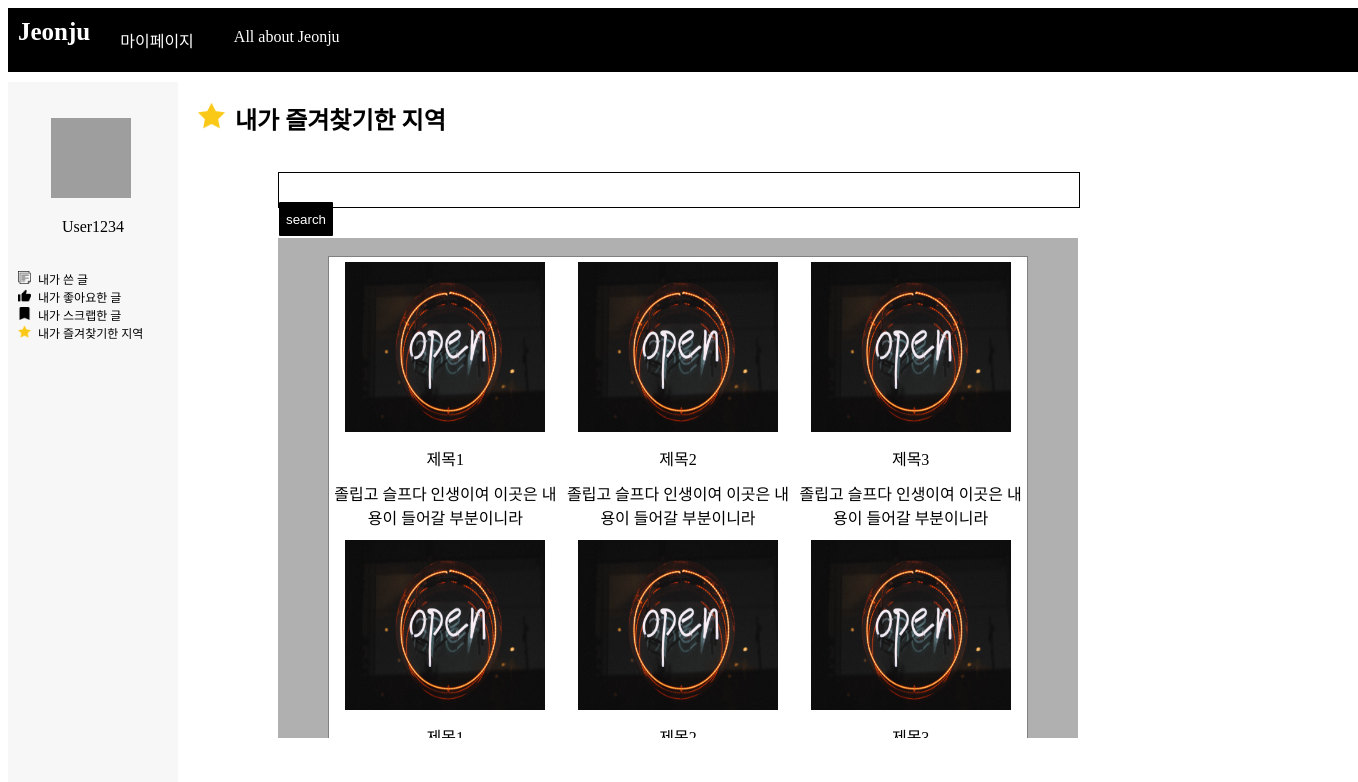
Repository: wka99/WEB-PROJECT
Page: Jeonju/WebContent/UserPage4.html
These files come from the project's save history. The page is drawn as it stood at one moment and after the next save; the edit follows.
The browser window is 1280 px wide. The page is 1358 px wide, so the pictures cover 1358 px, including what lies to the right of the window. The pictures show the whole page.
Pictures or frames that could not be fetched are drawn as grey boxes. An inner scrolling area shows only its first screen.

Above is the page before, as saved 2018-12-03 09:36:30.

### Jeonju/WebContent/UserPage4.html
<!DOCTYPE html>
<html>
<head>
<meta content="text/html" charset="EUC-KR">
<title>전주 mypage</title>
<link rel="stylesheet" type="text/css" href="NewFile.css">
</head>
<body>
<div id="container">
	<ul class="menubar">
		<li class="h"><a class="title" href="##"><b>Jeonju</b></a></li>
		<li class="h"><a class="h" href="UserPage.html">마이페이지</a>
			<ul>
				<li><a href="UserPage.html">내가 쓴 글</a></li>
				<li><a href="UserPage2.html">내가 좋아요한 글</a></li>
				<li><a href="UserPage3.html">내가 스크랩한 글</a></li>
				<li><a href="UserPage4.html">내가 즐겨찾기한 글</a></li>
			</ul>
		</li>
		<li class="h"><a class="h" href="##">All about Jeonju</a></li>
	</ul>
    <nav>
    	<br><br>
    	<img id="userImg" src="user.png" width="80px" height="80px"></img>
    	<br><p align="center">User1234</p><br></a>
	<div class="menu">
    	<img id="usermenuimg" src="paper.png"></img>
    	<a href="UserPage.html"><span>&nbsp;내가 쓴 글</span><br></a>
    	<img id="usermenuimg" src="thumb-up-button.png"></img>
    	<a href="UserPage2.html"><span>&nbsp;내가 좋아요한 글</span><br></a>
    	<img id="usermenuimg" src="bookmark-ribbon.png"></img>
    	<a href="UserPage3.html"><span>&nbsp;내가 스크랩한 글</span><br></a>
    	<img id="usermenuimg" src="star.png"></img>
    	<a href="UserPage4.html"><span>&nbsp;내가 즐겨찾기한 지역</span></a>
	</div>
    </nav>
    <section>
    	<div class="title">
    		<img class="bigMenu" id="내가 즐겨찾기한 지역" src="star.png" width="27px" height="27px"></img>
    		<b><font size="5">&nbsp;내가 즐겨찾기한 지역</font></b>
    	</div>
    	<br><br>
    	<div class="searchwindow">
    		<input type="text" class="searchtext" value=""/>
    		<button id="searchbutton" type="button" class="search">search</button>
    	</div>
    	<br><br>
    	<div class="bookmark_posts">
    	<br>
    	<table id="bookmark-table">
    		<tbody>
    		<tr>
				<td><img src="ds.jpg" width="200px" height="170px"></td>
				<td><img src="ds.jpg" width="200px" height="170px"></td>
				<td><img src="ds.jpg" width="200px" height="170px"></td>
    		</tr>
    		<tr>
    			<td height="10px">제목1</td>
				<td height="10px">제목2</td>
				<td height="10px">제목3</td>
    		</tr>
    		<tr>
    			<td height="50px">졸립고 슬프다 인생이여 이곳은 내용이 들어갈 부분이니라</td>
				<td height="50px">졸립고 슬프다 인생이여 이곳은 내용이 들어갈 부분이니라</td>
				<td height="50px">졸립고 슬프다 인생이여 이곳은 내용이 들어갈 부분이니라</td>
    		</tr>
    		<tr>
				<td><img src="ds.jpg" width="200px" height="170px"></td>
				<td><img src="ds.jpg" width="200px" height="170px"></td>
				<td><img src="ds.jpg" width="200px" height="170px"></td>
    		</tr>
    		<tr>
    			<td height="10px">제목1</td>
				<td height="10px">제목2</td>
				<td height="10px">제목3</td>
    		</tr>
    		<tr>
    			<td height="50px">졸립고 슬프다 인생이여 이곳은 내용이 들어갈 부분이니라</td>
				<td height="50px">졸립고 슬프다 인생이여 이곳은 내용이 들어갈 부분이니라</td>
				<td height="50px">졸립고 슬프다 인생이여 이곳은 내용이 들어갈 부분이니라</td>
    		</tr>
    		</tbody>
    	</table>
    	</div>
    </section>
</div>
</body>
</html>

### Jeonju/WebContent/NewFile.css
	#container{
		width:1350px;
		margin:0px auto;
	}
	header{
		    		width:100%;
                    height:50px;
                    background-color:black;
                    color:white;
                   }
    .menubar{
    	list-style-type:none;
    	margin:0;
    	padding:0;
    	overflow:hidden;
    	background-color:black;
    }
    li.h{
    	float:left;
    	solid #bbb;
    }
    li.h a.h{
    	display:block;
    	color:white;
    	text-align:center;
    	padding:20px;
    	text-decoration:none;
    }
    li.h a.title{
    	display:block;
    	color:white;
    	text-align:center;
    	padding:10px;
    	text-decoration:none;
    	font-size:25px;
    }
    .menubar li ul{
    	opacity:0.8;
		background: rgb(109,109,109);
		display:none; /* 평상시에는 드랍메뉴가 안보이게 하기 */
		height:auto;
		padding:0px;
		margin:0px;
		border:0px;
		position:absolute;
		width:200px;
		z-index:200;
	}
	.menubar li:hover ul{
		display:block; /* 마우스 커서 올리면 드랍메뉴 보이게 하기 */
	}
	.menubar li li {
	background: rgb(109,109,109);
	display:block;
	float:none;
	margin:0px;
	padding:0px;
	width:200px;
	}
	.menubar li:hover li a{
	background:none;
	}
	.menubar li ul a{
	display:block;
    color:white;
    text-align:left;
    text-decoration:none;
    padding:15px;
	}
	.menubar li ul a:hover, .menubar li ul li:hover a{
	background: rgb(71,71,71);
	border:0px;
	color:#ffffff;
	text-decoration:none;
	}
    li.h a.h:hover{background-color:#dfdfdf;}

    .searchwindow {
	display: inline-block;
	width: 800px; height: 34px;
	border: 1px solid black;
	background: white;
	align:center;
	margin-left:100px;
	}
	.searchtext {
		width: 731px; height: 21px;
		margin: 6px 0 0 9px;
		border: 0;
		line-height: 21px;
		font-size: 16px;
		outline: none;
	}
	.searchwindow4 {
	display: inline-block;
	width: 500px; height: 34px;
	border: 1px solid black;
	background: white;
	align:center;
	margin-left:100px;
	}
	.searchtext4 {
		width: 431px; height: 21px;
		margin: 6px 0 0 9px;
		border: 0;
		line-height: 21px;
		font-size: 16px;
		outline: none;
	}
	.search,.search4 {
		width: 54px; height: 34px;
		margin: 0; border: 0;
		vertical-align: top;
		background: black;
		color: white;
		border-radius: 1px;
		cursor: pointer;
	}
	.search:hover,.search4:hover {
		background: #faa93e;
	}

	.btn-2,
	.btn-2::after {
	  -webkit-transition: all 0.3s;
	    -moz-transition: all 0.3s;
	  -o-transition: all 0.3s;
	    transition: all 0.3s;
	}
	.btn-2{
	  background: none;
	  border: 2px solid #000000;
	  border-radius: 5px;
	  color: #000000;
	  display: block;
	  font-size: 20px;

	  position: relative;
	  text-transform: uppercase;
	}

	.btn-2::before,
	.btn-2::after {
	  background: #000000;
	  content: '';
	  position: absolute;
	  z-index: -1;
	}

	.btn-2:hover {
	  color: #fff;
	}

	.btn-2::after {
	  height: 100%;
	  left: 0;
	  top: 0;
	  width: 0;
	}

	.btn-2:hover:after {
	  width: 100%;
	}
    nav{
            float:left;
            margin-top:10px;
            background-color:#f7f7f7;
            width:170px;
            height:700px;}
    section{
    		float:left;
    	}
    #userImg{margin-left:43px;}
    #usermenuimg{margin-left:10px;width:13px;height:13px;}
	.menu{margin-bottom:5px;}
    nav span{font-size:12px;}
    .menu a{color:black;text-decoration:none;}
    header a{color:white;text-decoration:none;}
    .bigMenu{margin-left:20px; margin-top:30px;}
    .myPost,.bookmark_posts{width:800px; height:500px; margin-left:100px; overflow:auto; background-color:#b0b0b0;}
    #user-table,#bookmark-table{margin:0 auto;text-align:center;border-collapse:collapse;width:700px;
                border:1px solid gray; background-color:white;}
    #user-table td,#bookmark-table td{padding:5px;}

After the next save:
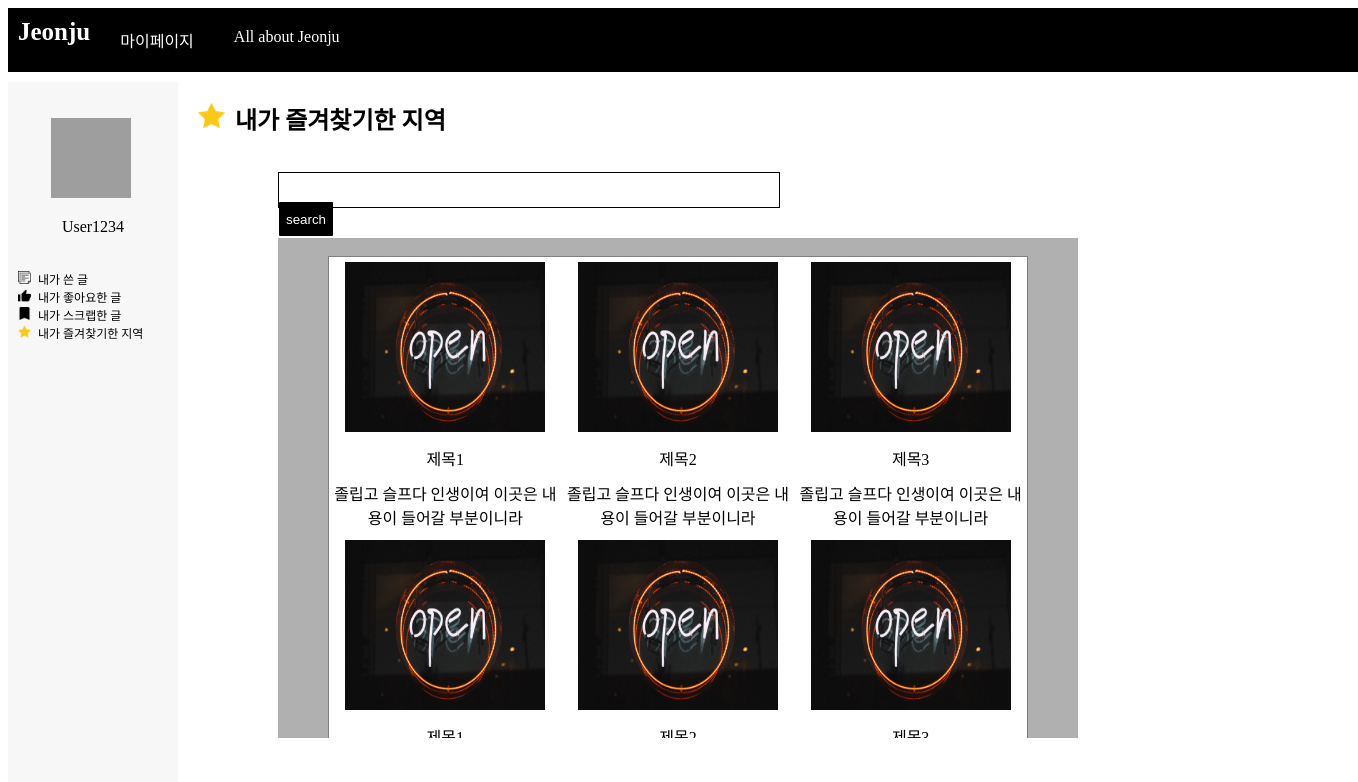
Saved 46 s later.
--- a/Jeonju/WebContent/UserPage4.html
+++ b/Jeonju/WebContent/UserPage4.html
@@ -40,9 +40,9 @@
     		<b><font size="5">&nbsp;내가 즐겨찾기한 지역</font></b>
     	</div>
     	<br><br>
-    	<div class="searchwindow">
-    		<input type="text" class="searchtext" value=""/>
-    		<button id="searchbutton" type="button" class="search">search</button>
+    	<div class="searchwindow4">
+    		<input type="text" class="searchtext4" value=""/>
+    		<button id="searchbutton4" type="button" class="search4">search</button>
     	</div>
     	<br><br>
     	<div class="bookmark_posts">
